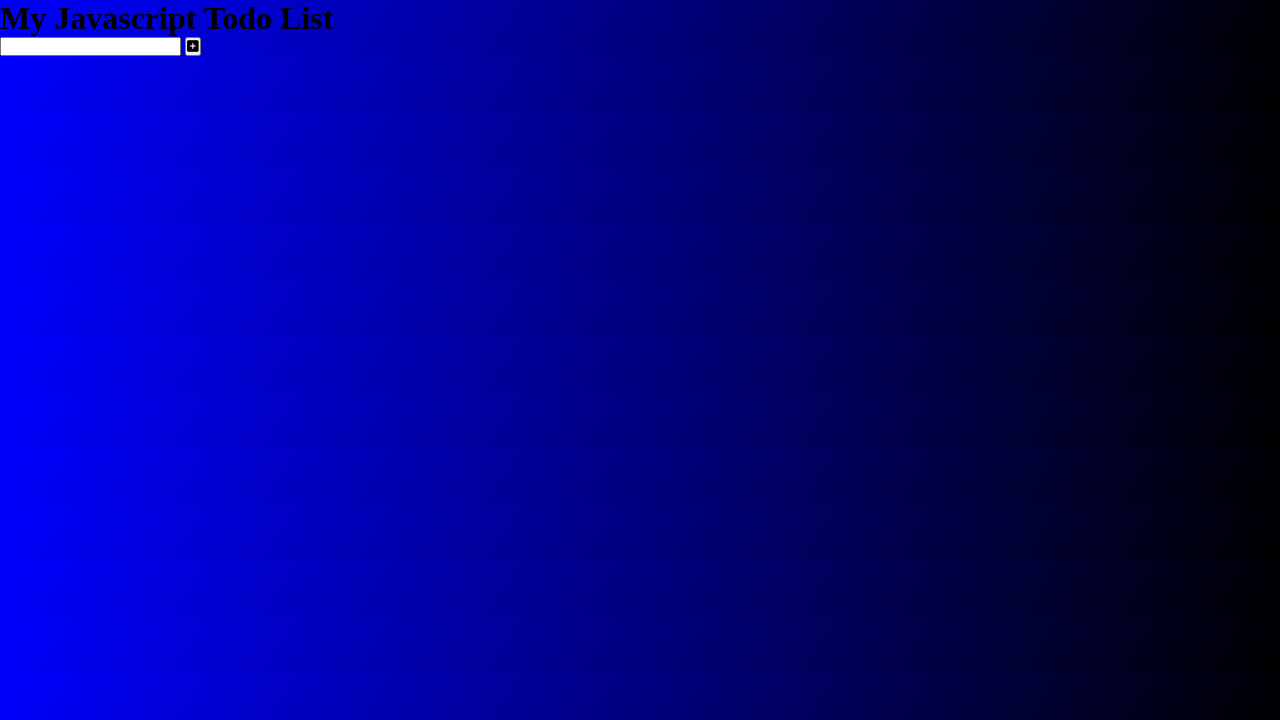
Repository: LuisMiLR/JavaScript-Todo-List
Page: index.html
An editor plug-in stored every save of this project. The page is shown before and after the next save, followed by the edit.
The browser window is 1280 px wide. The pictures show the whole page.

Above is the page before, as saved 2023-05-01 13:26:33.

After the next save:
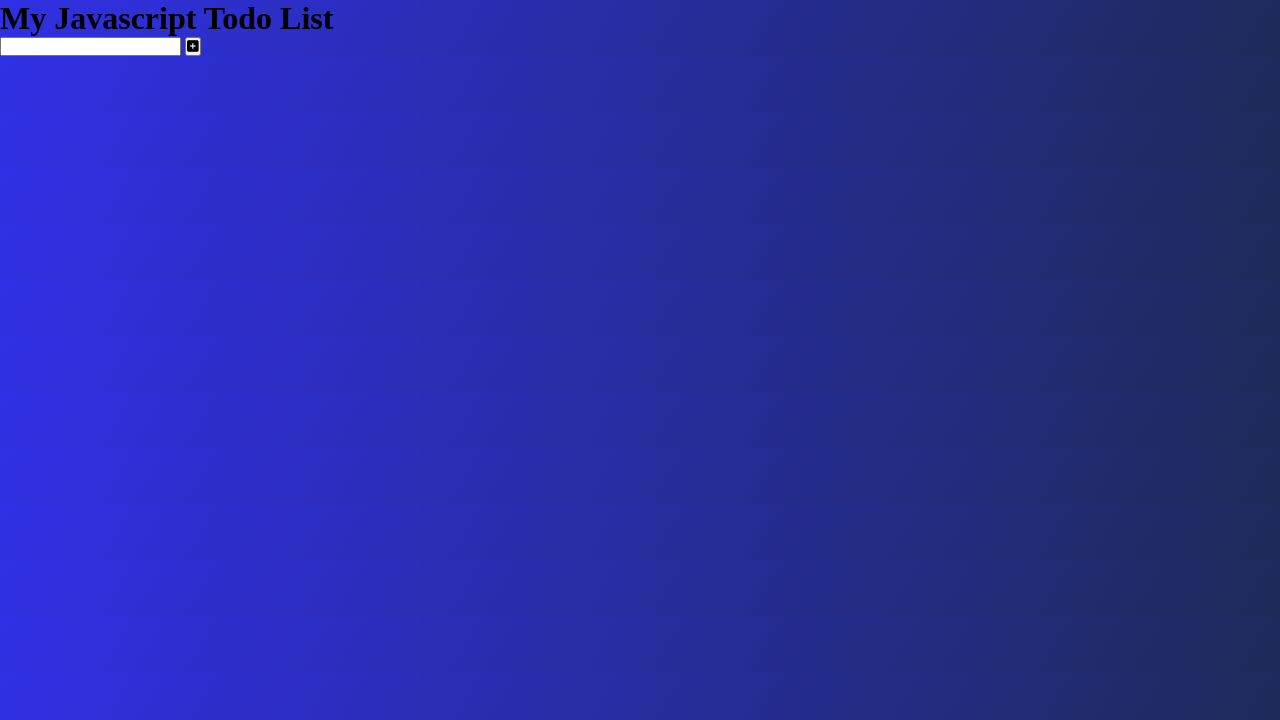
Saved 103 s later.
--- a/style.css
+++ b/style.css
@@ -5,5 +5,5 @@
 }
 
 body {
-    background-image: linear-gradient(120deg, blue,black);
+    background-image: linear-gradient(120deg, #3030e5,#1e2a58);
 }
